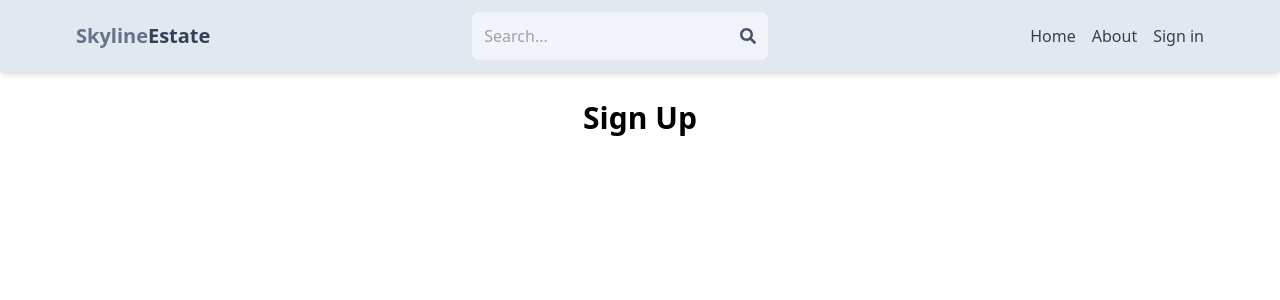
Repository: stavan30/mern-estate
Page: /sign-up (app in client/)
An editor plug-in stored every save of this project. The page is shown before and after the next save, followed by the edit.
The browser window is 1280 px wide. The pictures show the whole page.
The project was rebuilt for these pictures with package versions that can differ from the ones it lists, and the page was loaded fresh each time. Also part of the build but not shown: client/vite.config.js, client/src/pages/About.jsx, client/src/pages/Home.jsx, client/src/pages/Profile.jsx, client/src/pages/SignIn.jsx.

Above is the page before, as saved 2024-01-19 02:16:28.

After the next save:
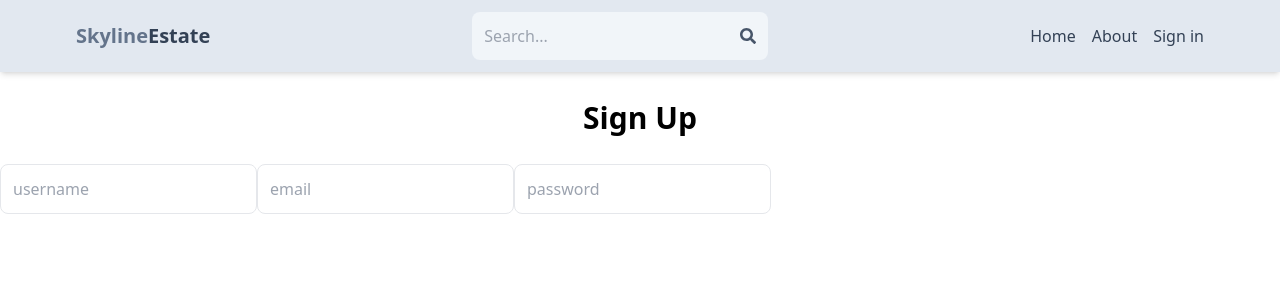
Saved 5 min 22 s later.
--- a/client/src/pages/SignUp.jsx
+++ b/client/src/pages/SignUp.jsx
@@ -6,6 +6,16 @@ export default function SignUp() {
       <h1 className='text-3xl text-center font-semibold my-7'>
         Sign Up
       </h1>
+      <form>
+        <input type="text" placeholder='username'
+        className='border p-3 rounded-lg' id='username'/>
+
+        <input type="text" placeholder='email'
+        className='border p-3 rounded-lg' id='email'/>
+
+        <input type="text" placeholder='password'
+        className='border p-3 rounded-lg' id='password'/>
+      </form>
     </div>
   )
 }
